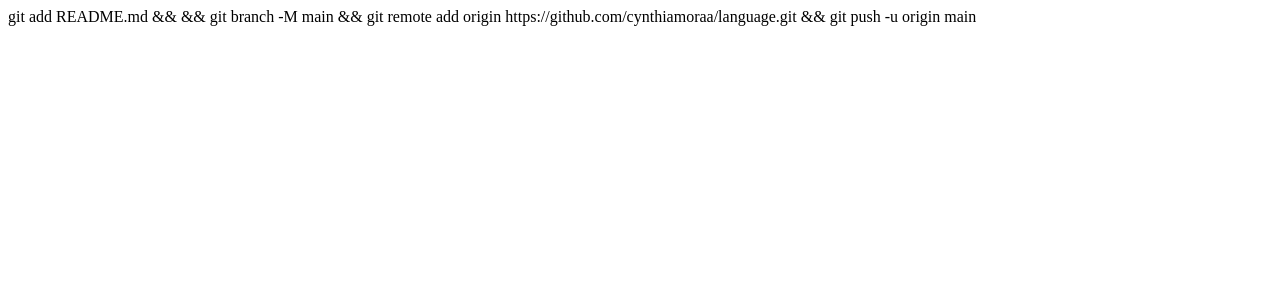
Repository: cynthiamoraa/language
Page: Flappy-Bird-Game/test.html
These files come from the project's save history. The page is drawn as it stood at one moment and after the next save; the edit follows.
The browser window is 1280 px wide. The pictures show the whole page.

Above is the page before, as saved 2023-04-28 12:54:21.

### Flappy-Bird-Game/test.html
git add README.md  &&  && git branch -M main && git remote add origin https://github.com/cynthiamoraa/language.git && git push -u origin main

After the next save:
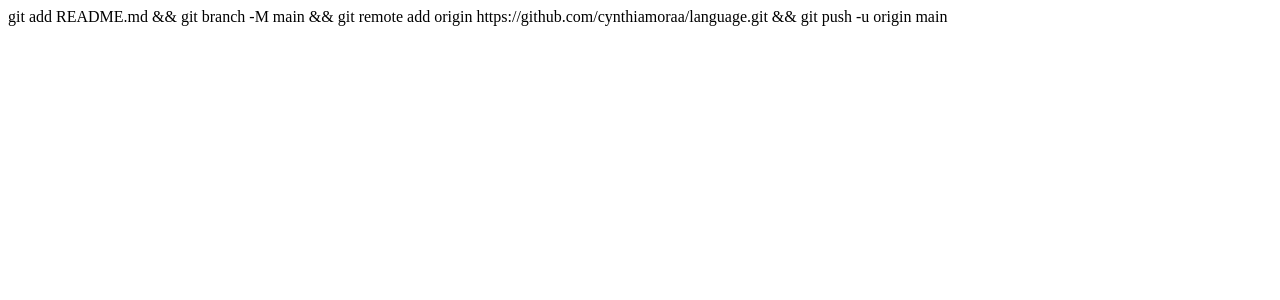
Saved 5 s later.
--- a/Flappy-Bird-Game/test.html
+++ b/Flappy-Bird-Game/test.html
@@ -1 +1 @@
-git add README.md  &&  && git branch -M main && git remote add origin https://github.com/cynthiamoraa/language.git && git push -u origin main
+git add README.md    && git branch -M main && git remote add origin https://github.com/cynthiamoraa/language.git && git push -u origin main
